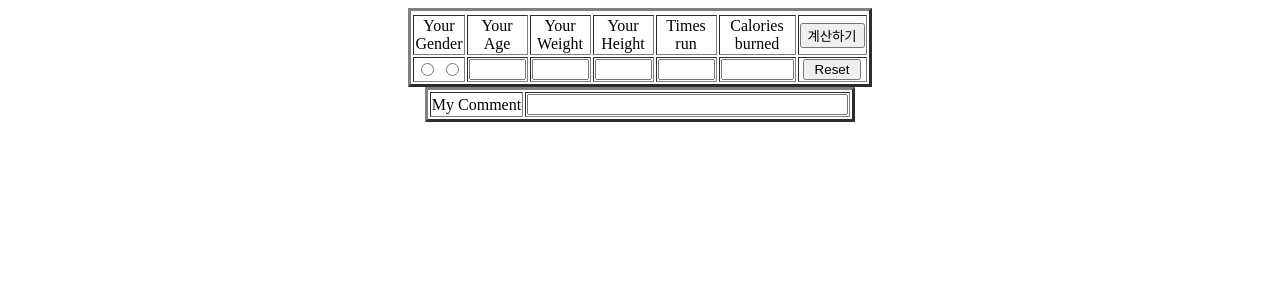
Repository: lgy880/AIWebDevelopment
Page: RUN_WAY/src/main/resources/static/html/ver2.html
The author's editor kept a copy of each file at every save. The page is drawn from the files as they stood at one save, then again after the next save.
The browser window is 1280 px wide. The pictures show the whole page.

Above is the page before, as saved 2021-08-05 06:52:06.

### RUN_WAY/src/main/resources/static/html/ver2.html
<!DOCTYPE html>
<html>
<head>
<meta charset="UTF-8">
<meta name="viewport" content="width=device-width, initial-scale=1.0">
<TITLE>New Document</TITLE>
<META NAME="Generator" CONTENT="EditPlus">
<META NAME="Author" CONTENT="">
<META NAME="Keywords" CONTENT="">
<META NAME="Description" CONTENT="">
</HEAD>

<BODY>
	<SCRIPT LANGUAGE="JavaScript">
		var myGender;
		var myAge;
		var myHeight;
		var myWeight;
		var myDistance;

		function HowMany(form) {
			var difference;
			difference = 0;
			if (myGender == "Male") {
				difference = (66 + (13.7 * myWeight(kg)) + (5 * myHeight(cm)) - (6.8 * myAge)) * 3 / 24 * myTime;
			} else if (myGender == "Female") {
				difference = (55 + (9.6 * myWeight(kg)) + (1.8 * myHeight(cm)) - (4.7 * myAge)) * 3 / 24 * myTime;
			}

			form.Fdiff.value = difference;

			if (difference < 100) {
				form.comment.value = "You better start working!";
			}
			if (difference > 101 && difference < 200) {
				form.comment.value = "Nice run, but you can do better.";
			}
			if (difference > 201 && difference < 300) {
				form.comment.value = "Very good! Push above 300 next time.";
			}
			if (difference > 301 && difference < 500) {
				form.comment.value = "Great! Your a runner.....keep it up!";
			}
			if (difference > 501 && difference < 700) {
				form.comment.value = "Bill Rogers move over!";
			}
			if (difference > 701) {
				form.comment.value = "Your my hero! Have a jelly doughnut.";
			}

		}

		function SetMyWeight(weight) {
			myWeight = weight.value;
		}

		function SetmyDistance(dis) {
			myDistance = dis.value;
		}

		function ClearForm(form) {

			form.myWeight.value = "";
			form.myDistance.value = "";
			form.Fdiff.value = "";
			form.comment.value = "";

		}
	</SCRIPT>
	<center>
		<FORM METHOD="POST">
			<TABLE border=3>
				<TR>
				<TR>
					<TD><div align=center>
							Your<br>Gender
						</div></TD>
					<TD><div align=center>
							Your<br>Age
						</div></TD>
					<TD><div align=center>
							Your<br>Weight
						</div></TD>
					<TD><div align=center>
							Your<br>Height
						</div></TD>
					<TD><div align=center>
							Times<br>run
						</div></TD>

					<TD><div align=center>
							Calories<br>burned
						</div></TD>
					<TD><INPUT TYPE=BUTTON ONCLICK="HowMany(this.form)"
						VALUE="계산하기"></TD>
				</TR>
				<tr>
					<TD><div align=center>
							<INPUT TYPE='radio' name="Male" value='male' ONCHANGE="SetMyGender(this)">
							<INPUT TYPE='radio' name="Female" value='female' ONCHANGE="SetMyGender(this)">
						</div></TD>
					<TD><div align=center>
							<INPUT TYPE=text NAME=myAge SIZE="4" ONCHANGE="SetmyAge(this)">
						</div></TD>
					<TD><div align=center>
							<INPUT TYPE=text NAME=myWeight SIZE="4"
								ONCHANGE="SetmyWeight(this)">
						</div></TD>
					<TD><div align=center>
							<INPUT TYPE=text NAME=myHeight SIZE="4"
								ONCHANGE="SetmyHeight(this)">
						</div></TD>
					<TD><div align=center>
							<INPUT TYPE=text NAME=myTime SIZE="4" ONCHANGE="SetmyTime(this)">
						</div></TD>
					<TD><div align=center>
							<INPUT TYPE=text NAME="Fdiff" VALUE="" SIZE="6">
						</div></TD>
					<TD><div align=center>
							<INPUT TYPE=BUTTON VALUE=" Reset " onClick="ClearForm(this.form)">
						</div>
				</tr>
			</table>
			<table border=3>
				<tr>
					<TD><DIV ALIGN=CENTER>My Comment</DIV></TD>
					<TD><INPUT TYPE=text NAME="comment" size="37"></td>
				</TR>
			</TABLE>
		</FORM>
	</center>


</BODY>
</HTML>

After the next save:
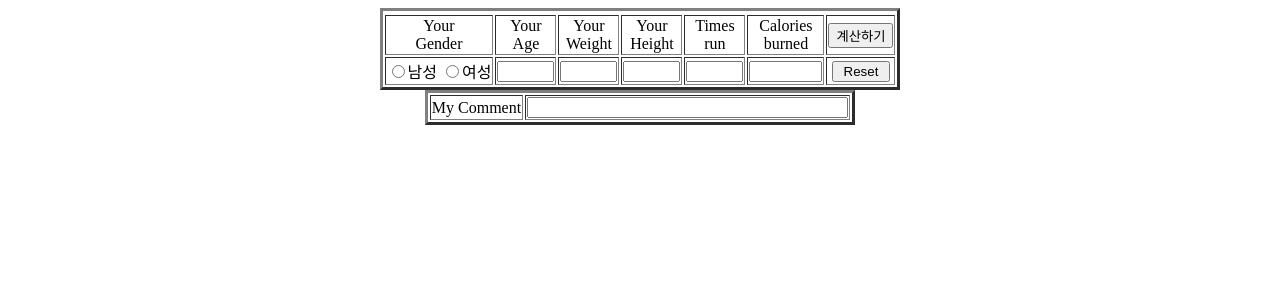
Saved 13 s later.
--- a/RUN_WAY/src/main/resources/static/html/ver2.html
+++ b/RUN_WAY/src/main/resources/static/html/ver2.html
@@ -96,8 +96,8 @@
 				</TR>
 				<tr>
 					<TD><div align=center>
-							<INPUT TYPE='radio' name="Male" value='male' ONCHANGE="SetMyGender(this)">
-							<INPUT TYPE='radio' name="Female" value='female' ONCHANGE="SetMyGender(this)">
+							<INPUT TYPE='radio' name="Male" value='male' ONCHANGE="SetMyGender(this)">남성
+							<INPUT TYPE='radio' name="Female" value='female' ONCHANGE="SetMyGender(this)">여성
 						</div></TD>
 					<TD><div align=center>
 							<INPUT TYPE=text NAME=myAge SIZE="4" ONCHANGE="SetmyAge(this)">
